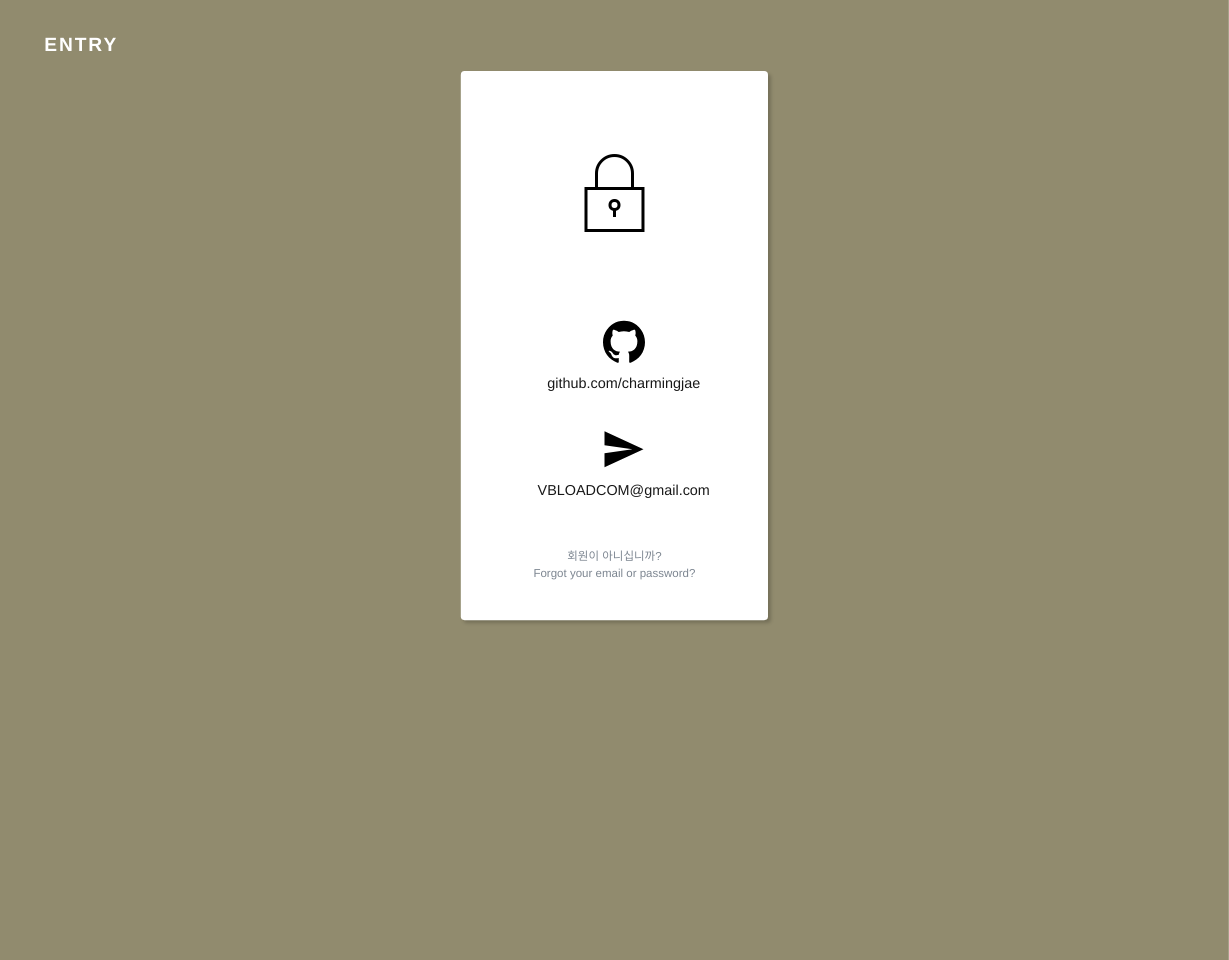
Repository: charmingjae/Entry
Page: http://localhost/entry/contact.jsp
The author's editor kept a copy of each file at every save. The page is drawn from the files as they stood at one save, then again after the next save.
The browser window is 1280 px wide. The pictures show the whole page, at 96% of full size.
Some web libraries are served in a nearby version. The page is served by Tomcat 9. Other server files are loaded and not shown.

Above is the page before, as saved 2020-02-02 15:34:30.

### entry/WebContent/contact.jsp
<%@ page language="java" contentType="text/html; charset=UTF-8"
    pageEncoding="UTF-8"%>
<!DOCTYPE html>
<html>

<head>
    <meta charset="utf-8">
    <meta name="viewport" content="width=device-width, initial-scale=1.0">
    <title>Untitled</title>
    <link rel="stylesheet" href="https://cdnjs.cloudflare.com/ajax/libs/twitter-bootstrap/4.1.3/css/bootstrap.min.css">
    <link rel="stylesheet" href="https://cdnjs.cloudflare.com/ajax/libs/ionicons/2.0.1/css/ionicons.min.css">
    <script src="https://unpkg.com/ionicons@4.5.10-0/dist/ionicons.js"></script>
    <link rel="stylesheet" href="./css/contact.css">
</head>

<body>
    <div class="login-dark">
    <jsp:include page="headerForRL.jsp"></jsp:include>
        <form method="post">
            <h2 class="sr-only">Login Form</h2>
            <div class="illustration"><i class="icon ion-ios-locked-outline"></i></div>
                  <div class="media">
            <ul>
                  <li><ion-icon name="logo-github"></ion-icon><a href="http://www.github.com/charmingjae" class="contact">github.com/charmingjae</a></li>
                  <li><ion-icon name="send"></ion-icon><a href="http://www.gmail.com" class="email">VBLOADCOM@gmail.com</a></li>
            </ul>
      </div>
            <a href="register.jsp" class="forgot">회원이 아니십니까?</a>
            <a href="#" class="forgot">Forgot your email or password?</a>
        </form>
    </div>
    <script src="https://cdnjs.cloudflare.com/ajax/libs/jquery/3.2.1/jquery.min.js"></script>
    <script src="https://cdnjs.cloudflare.com/ajax/libs/twitter-bootstrap/4.1.3/js/bootstrap.bundle.min.js"></script>
</body>

</html>

### entry/WebContent/headerForRL.jsp
<%@ page language="java" contentType="text/html; charset=UTF-8"
    pageEncoding="UTF-8"%>
<!DOCTYPE html>
<html>
<head>
      <meta charset="UTF-8">
      <meta name="viewport" content="width=device-width, initial-scale=1.0">
      <meta http-equiv="X-UA-Compatible" content="ie=edge">
      <title>Responsive Sticky Navbar</title>
      <link rel="stylesheet" href="./css/headerForRL.css">
      <link rel="stylesheet" href="https://maxcdn.bootstrapcdn.com/font-awesome/4.7.0/css/font-awesome.min.css">
      <script src="https://code.jquery.com/jquery-3.3.1.js"></script>

</head>
<body>
<div class="wrapper">
            <header>
                  <nav>

                        <div class="menu-icon">
                              <i class="fa fa-bars fa-2x"></i>
                        </div>

                        <div class="logo">
                              <!-- LOGO -->
                              <a href="event.jsp"><span>ENTRY</span></a>
                        </div>

                  </nav>
            </header>
      </div>

      <script type="text/javascript">

      // Menu-toggle button

      $(document).ready(function() {
            $(".menu-icon").on("click", function() {
                  $("nav ul").toggleClass("showing");
            });
      });

      // Scrolling Effect

      $(window).on("scroll", function() {
            if($(window).scrollTop()) {
                  $('nav').addClass('black');
            }

            else {
                  $('nav').removeClass('black');
            }
      })


      </script>

</body>
</html>

### entry/WebContent/css/contact.css
@charset "UTF-8";

.login-dark {
  height:1000px;
  background:black;
  background-size:cover;
  position:relative;
  background-color: #918b6e;
}

.login-dark form {
  max-width:320px;
  width:100%;
  background-color:white;
  padding:40px;
  border-radius:4px;
  transform:translate(-50%, -50%);
  position:fixed;
  top:50%;
  left:50%;
  color:black;
  box-shadow:3px 3px 4px rgba(0,0,0,0.2);
}

.login-dark .illustration {
  text-align:center;
  padding:15px 0 20px;
  font-size:100px;
  color:black;
}

.login-dark form .form-control {
  background:none;
  border:none;
  border-bottom:1px solid #434a52;
  border-radius:0;
  box-shadow:none;
  outline:none;
  color:inherit;
}

.login-dark form .btn-primary {
  background:black;
  border:none;
  border-radius:4px;
  padding:11px;
  box-shadow:none;
  margin-top:26px;
  text-shadow:none;
  outline:none;
}

.login-dark form .btn-primary:hover, .login-dark form .btn-primary:active {
  background:#214a80;
  outline:none;
}

.login-dark form .forgot {
  display:block;
  text-align:center;
  font-size:12px;
  color:#6F7985;
  opacity:0.9;
  text-decoration:none;
}

.contact{
  display:block;
  text-align:center;
  font-size:15px;
  color:black;
  opacity:0.9;
  text-decoration:none;
}

.email{
  display:block;
  text-align:center;
  font-size:15px;
  color:black;
  opacity:0.9;
  text-decoration:none;
}

.login-dark form .forgot:hover, .login-dark form .forgot:active {
  opacity:1;
  text-decoration:none;
}

.login-dark form .btn-primary:active {
  transform:translateY(1px);
}

ul{
	list-style:none;
	text-align:center;
}

li{
	margin-top: 2em;
	margin-bottom: 2em;
	text-align:center;
}

ion-icon{
	font-size:50px;
}

### entry/WebContent/css/headerForRL.css
@charset "UTF-8";

html, body {
      margin: 0;
      padding: 0;
      width: 100%;
}

body {
      font-family: "Helvetica Neue",sans-serif;
      font-weight: lighter;
}

header {
      width: 10%;
      /* height: 100vh; */ /* Header가 아래로 내려올 때 수정해 볼 것.*/
      /* background-size: cover; */
}

.content {
      width: 94%;
      margin: 4em auto;
      font-size: 20px;
      line-height: 30px;
      text-align: justify;
}

.logo {
      line-height: 60px;
      position: fixed;
      float: left;
      margin: 16px 46px;
      color: #fff;
      font-weight: bold;
      font-size: 20px;
      letter-spacing: 2px;
	  text-decoration: none !important;
}


nav {
      position: fixed;
      width: 100%;
      line-height: 60px;
}

nav ul {
      line-height: 60px;
      list-style: none;
      background: rgba(0, 0, 0, 0);
      overflow: hidden;
      color: #fff;
      padding: 0;
      text-align: right;
      margin: 0;
      padding-right: 40px;
      transition: 1s;
}

nav.black ul {
      background: #000;
}

nav ul li {
      display: inline-block;
      padding: 16px 40px;;
}

nav ul li a {
      text-decoration: none !important;
      color: #fff;
      font-size: 16px;
}

a:hover{
	color:black;
	text-decoration:none;
}

span{
	  text-decoration: none;
      color: #fff;
}

.menu-icon {
      line-height: 60px;
      width: 100%;
      background: #000;
      text-align: right;
      box-sizing: border-box;
      padding: 15px 24px;
      cursor: pointer;
      color: #fff;
      display: none;
}

@media(max-width: 786px) {

      .logo {
            position: fixed;
            top: 0;
            margin-top: 16px;

      }

      nav ul {
            max-height: 0px;
            background: #000;
      }

      nav.black ul {
            background: #000;
      }

      .showing {
            max-height: 34em;
      }

      nav ul li {
            box-sizing: border-box;
            width: 100%;
            padding: 24px;
            text-align: center;
      }

      .menu-icon {
            display: block;
      }

}

After the next save:
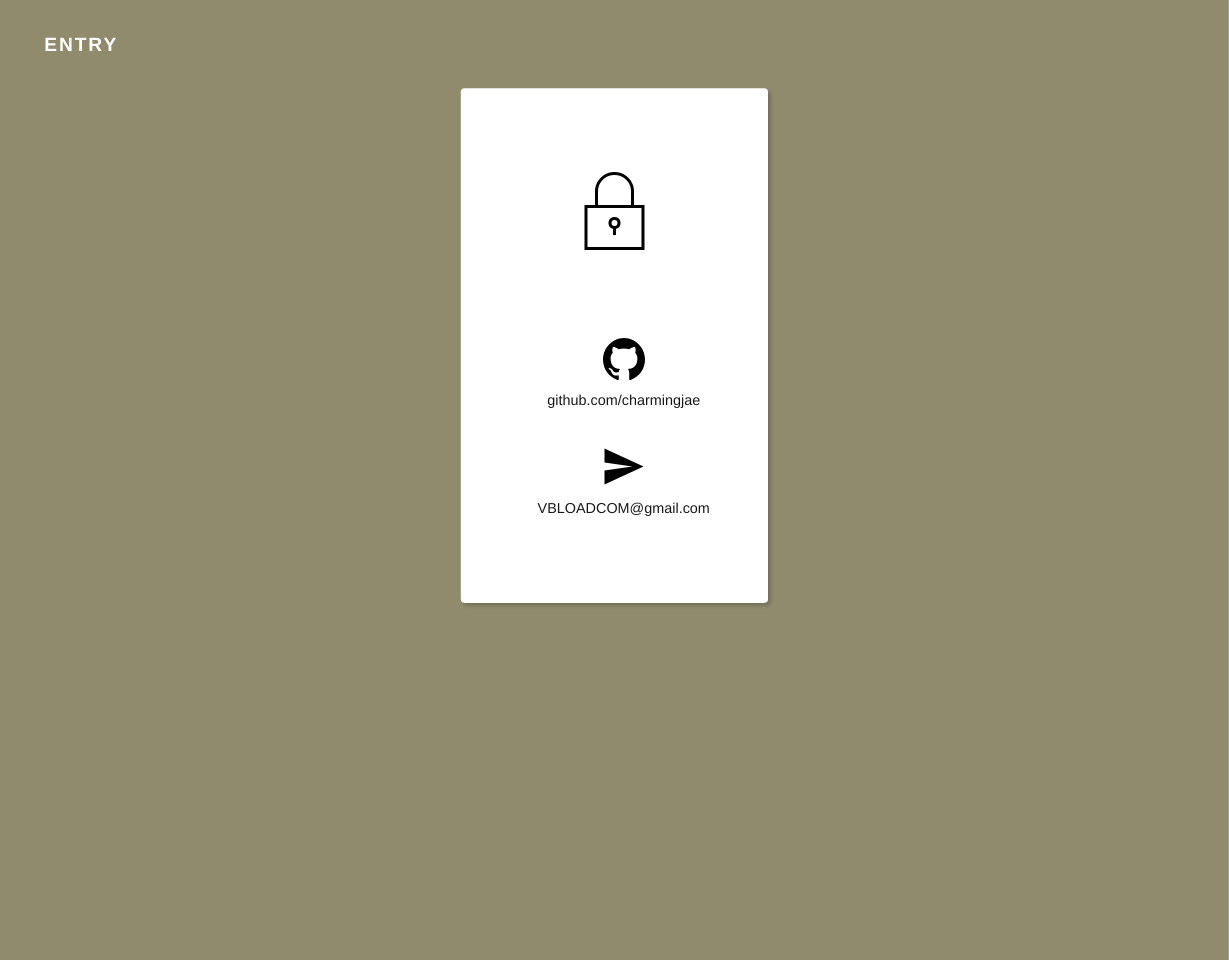
Saved 46 s later.
--- a/entry/WebContent/contact.jsp
+++ b/entry/WebContent/contact.jsp
@@ -25,8 +25,8 @@
                   <li><ion-icon name="send"></ion-icon><a href="http://www.gmail.com" class="email">VBLOADCOM@gmail.com</a></li>
             </ul>
       </div>
-            <a href="register.jsp" class="forgot">회원이 아니십니까?</a>
-            <a href="#" class="forgot">Forgot your email or password?</a>
+            <a href="register.jsp" class="forgot"> </a>
+            <a href="#" class="forgot"> </a>
         </form>
     </div>
     <script src="https://cdnjs.cloudflare.com/ajax/libs/jquery/3.2.1/jquery.min.js"></script>
